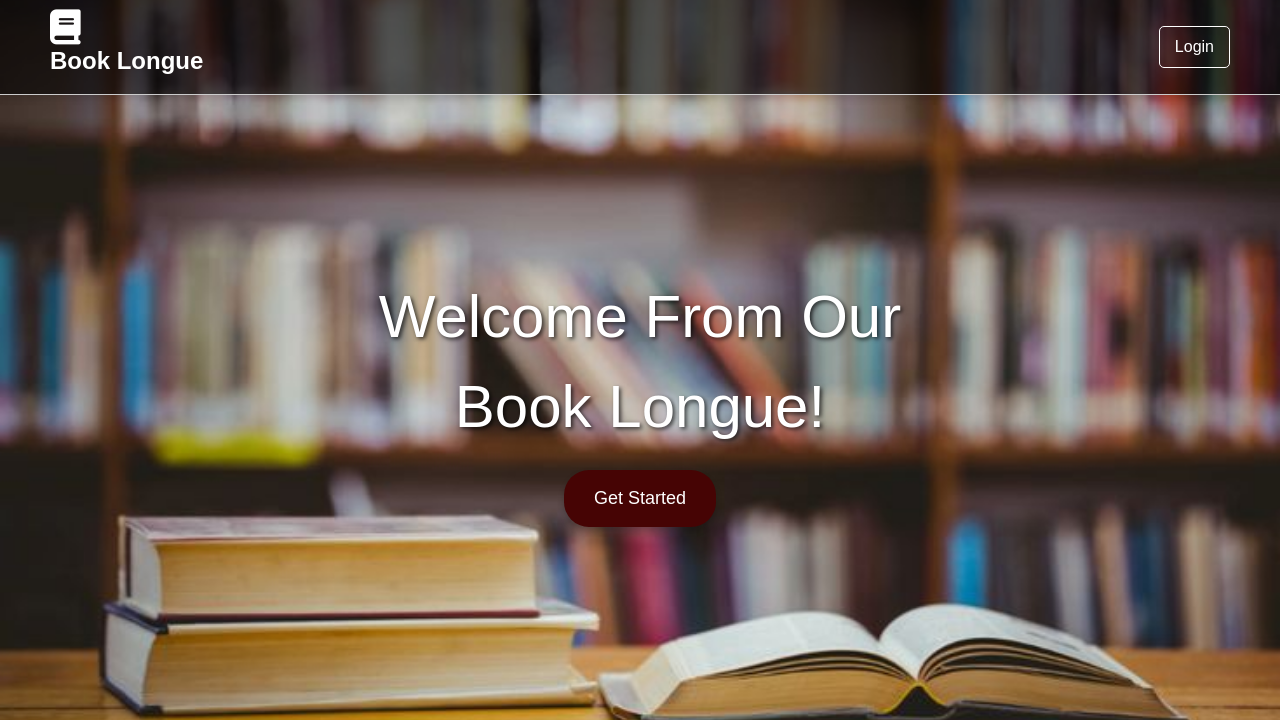
Repository: moehaymanmyint/Book-Longue-Web-System
Page: pages /GetStarted.html
The author's editor kept a copy of each file at every save. The page is drawn from the files as they stood at one save, then again after the next save.
The browser window is 1280 px wide. The pictures show the whole page.
The pointer rests on the first visible `.content button`.

Above is the page before, as saved 2024-12-21 20:30:26.

### pages /GetStarted.html
<!DOCTYPE html>
<html lang="en">
<head>
    <meta charset="UTF-8">
    <meta name="viewport" content="width=device-width, initial-scale=1.0">
    <title>Book Longue - Get Started</title>
    <link href="https://cdn.jsdelivr.net/npm/bootstrap@5.3.3/dist/css/bootstrap.min.css" rel="stylesheet" integrity="sha384-QWTKZyjpPEjISv5WaRU9OFeRpok6YctnYmDr5pNlyT2bRjXh0JMhjY6hW+ALEwIH" crossorigin="anonymous">
    <script src="https://cdn.jsdelivr.net/npm/bootstrap@5.3.3/dist/js/bootstrap.bundle.min.js" integrity="sha384-YvpcrYf0tY3lHB60NNkmXc5s9fDVZLESaAA55NDzOxhy9GkcIdslK1eN7N6jIeHz" crossorigin="anonymous"></script>
    <link rel="stylesheet" href="../style/GetStarted.css">
    <link rel="stylesheet" href="https://cdnjs.cloudflare.com/ajax/libs/font-awesome/6.7.2/css/all.min.css" integrity="sha512-Evv84Mr4kqVGRNSgIGL/F/aIDqQb7xQ2vcrdIwxfjThSH8CSR7PBEakCr51Ck+w+/U6swU2Im1vVX0SVk9ABhg==" crossorigin="anonymous" referrerpolicy="no-referrer" />
</head>
<body>
    <div class="nav-bar">
        <div class="left">
            <i class="fa-solid fa-book"></i>
            <h1>Book Longue</h1>
        </div>
        <div class="right">
            <button type="button" class="btn btn-light">Login</button>
        </div>
    </div>
    <div class="content">
        <h1>Welcome From Our<br>Book Longue!</h1>
        <button type="button" class="btn btn-light">Get Started</button>
    </div>
</body>
</html>

### style/GetStarted.css
body {
    background-image: url(../src/GetStart-bg.jpg);
    background-size: cover;
    background-repeat: no-repeat;
    background-position: center;
    height: 100vh;
    color: #ffffff;
    font-family: 'Arial', sans-serif;
    margin: 0;
}

.nav-bar {
    display: flex;
    justify-content: space-between;
    align-items: center;
    padding: 10px 50px;
    background-color: rgba(0, 0, 0, 0.6);
    border-bottom: 1px solid #ccc;
    position: fixed;
    width: 100%;
    z-index: 10;
    box-shadow: 0px 4px 6px rgba(0, 0, 0, 0.1);
}

.nav-bar .left i {
    font-size: 35px;
    margin-right: 10px;
    color: #fff;
}

.nav-bar h1 {
    font-size: 24px;
    color: #fff;
    font-weight: bold;
}

.nav-bar button {
    border: 1px solid #fff;
    background-color: transparent;
    color: #fff;
    padding: 8px 15px;
    border-radius: 5px;
    cursor: pointer;
    transition: 0.3s;
}

.nav-bar button:hover {
    background-color: #fff;
    color: #000;
}

.content {
    display: flex;
    flex-direction: column;
    align-items: center;
    justify-content: center;
    text-align: center;
    height: 100%;
    padding-top: 60px;
}

.content h1 {
    font-size: 60px;
    text-align: center;
    line-height: 1.5;
    margin: 20px 0;
    color: #ffffff;
    text-shadow: 2px 2px 4px rgba(0, 0, 0, 0.7);
}
.content button {
    border: none;
    padding: 15px 30px;
    font-size: 18px;
    color: #000;
    background-color: #fff;
    border-radius: 25px;
    cursor: pointer;
    box-shadow: 0px 4px 6px rgba(0, 0, 0, 0.2);
    transition: 0.3s;
}

.content button:hover {
    background-color: #460404;
    color: #fff;
    transform: translateY(-2px);
}

After the next save:
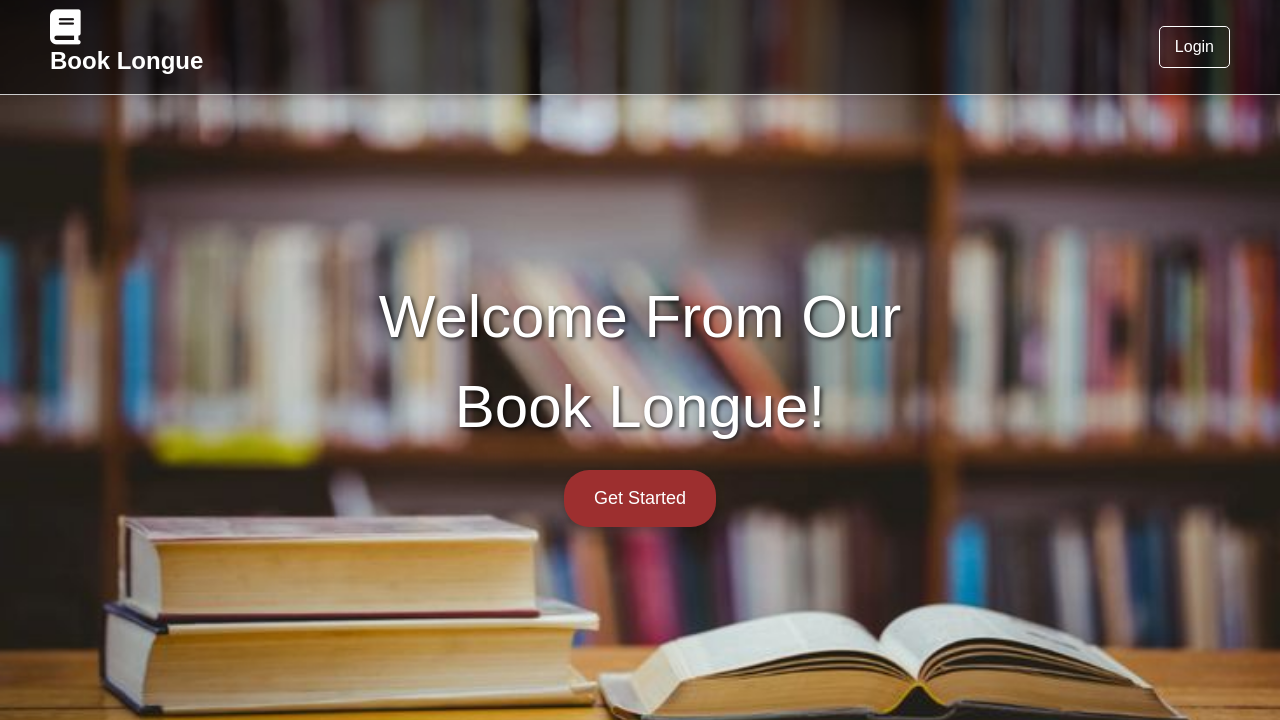
Saved 34 s later.
--- a/style/GetStarted.css
+++ b/style/GetStarted.css
@@ -80,7 +80,7 @@ body {
 }
 
 .content button:hover {
-    background-color: #460404;
+    background-color: #9d2f2f;
     color: #fff;
     transform: translateY(-2px);
 }
